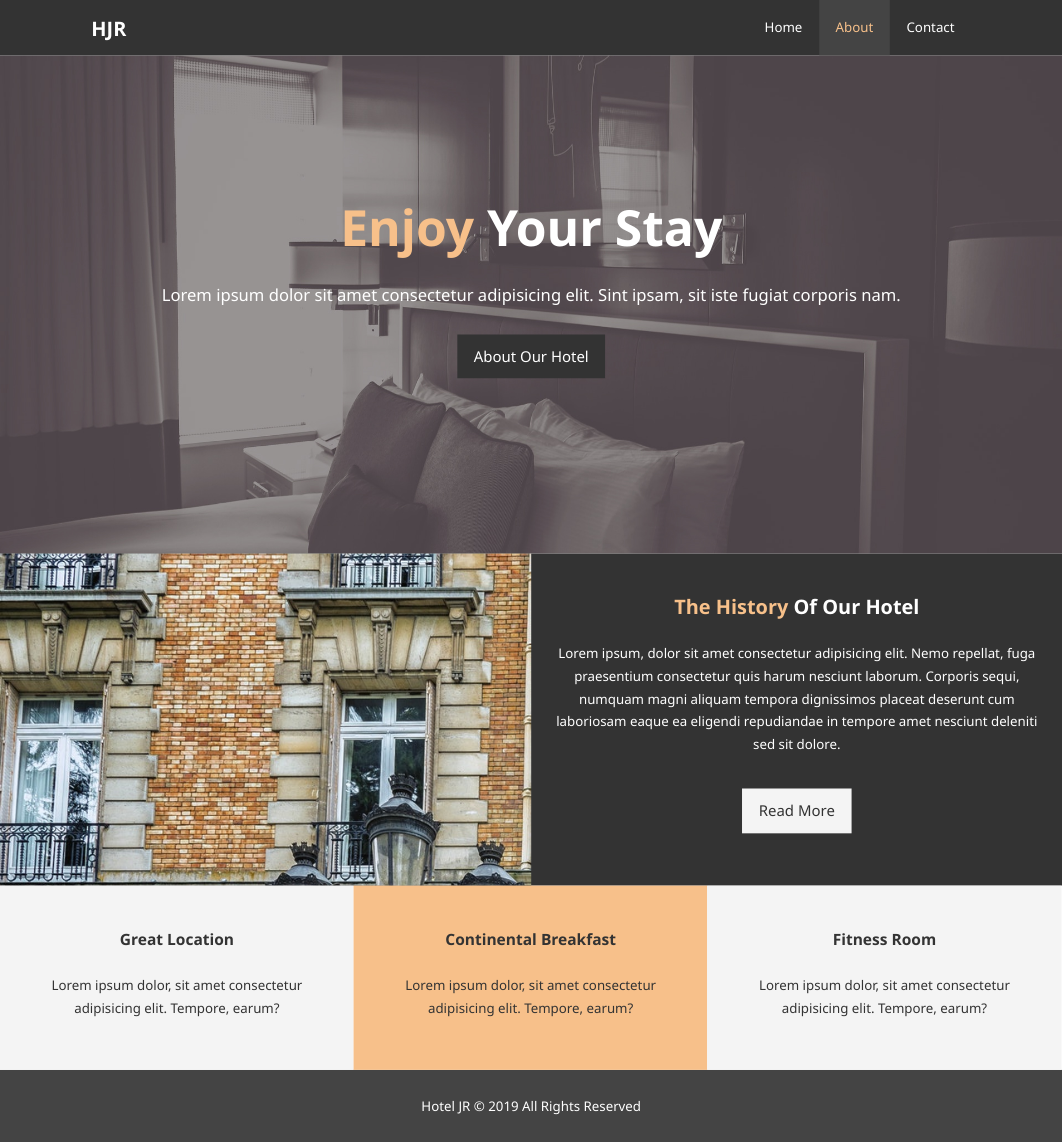
Repository: dimlutine/Hotel-Project
Page: about.html
These files come from the project's save history. The page is drawn as it stood at one moment and after the next save; the edit follows.
The browser window is 1280 px wide. The pictures show the whole page, at 83% of full size.

Above is the page before, as saved 2019-07-05 22:41:38.

After the next save:
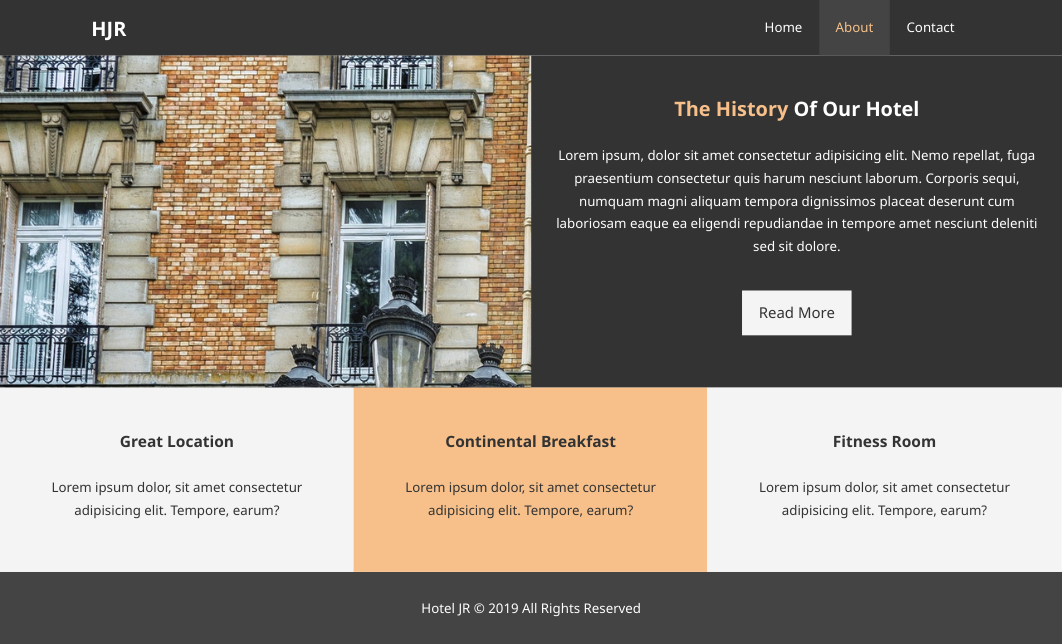
Saved 12 s later.
--- a/about.html
+++ b/about.html
@@ -24,17 +24,7 @@
             </div>
 
         </nav>
-        <div id="showcase">
-            <div class="container">
-                <div class="showcase-content">
-                    <h1>
-                        <span class="text-primary">Enjoy</span> Your Stay
-                    </h1>
-                    <p class="lead">Lorem ipsum dolor sit amet consectetur adipisicing elit. Sint ipsam, sit iste fugiat corporis nam.</p>
-                    <a class="btn" href="about.html">About Our Hotel</a>
-                </div>
-            </div>
-        </div>
+
     </header>
 
     <section id="home-info" class="bg-dark">
